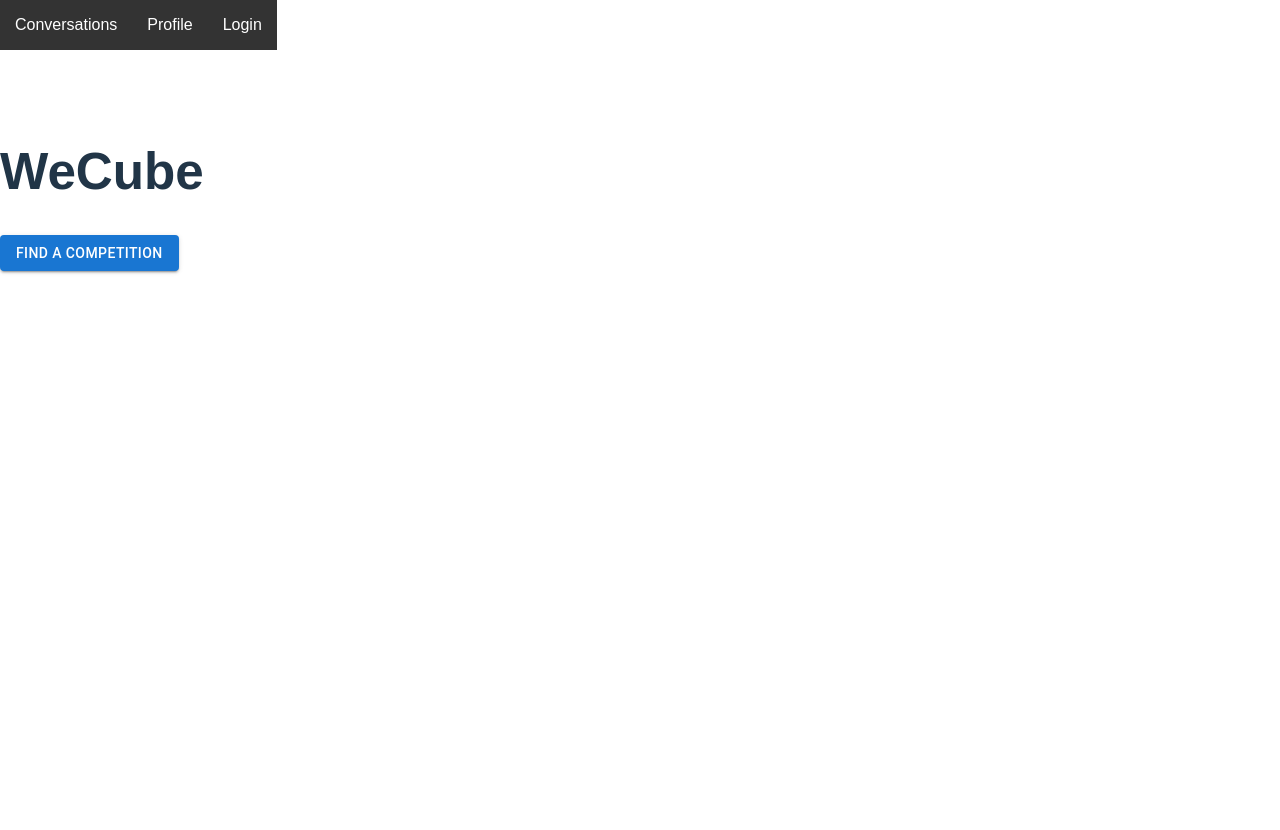
Repository: BWei22/wecube
Page: /
The author's editor kept a copy of each file at every save. The page is drawn from the files as they stood at one save, then again after the next save.
The browser window is 1280 px wide. The pictures show the whole page.
The project was rebuilt for these pictures with package versions that can differ from the ones it lists, and the page was loaded fresh each time. Also part of the build but not shown: vite.config.js, src/pages/Competitions.css, src/pages/Competitions.jsx, src/pages/Listings.css, src/pages/Listings.jsx, src/pages/CreateListing.jsx, src/pages/ListingDetails.css, src/pages/ListingDetails.jsx and 11 more.

Above is the page before, as saved 2024-07-29 23:14:32.

After the next save:
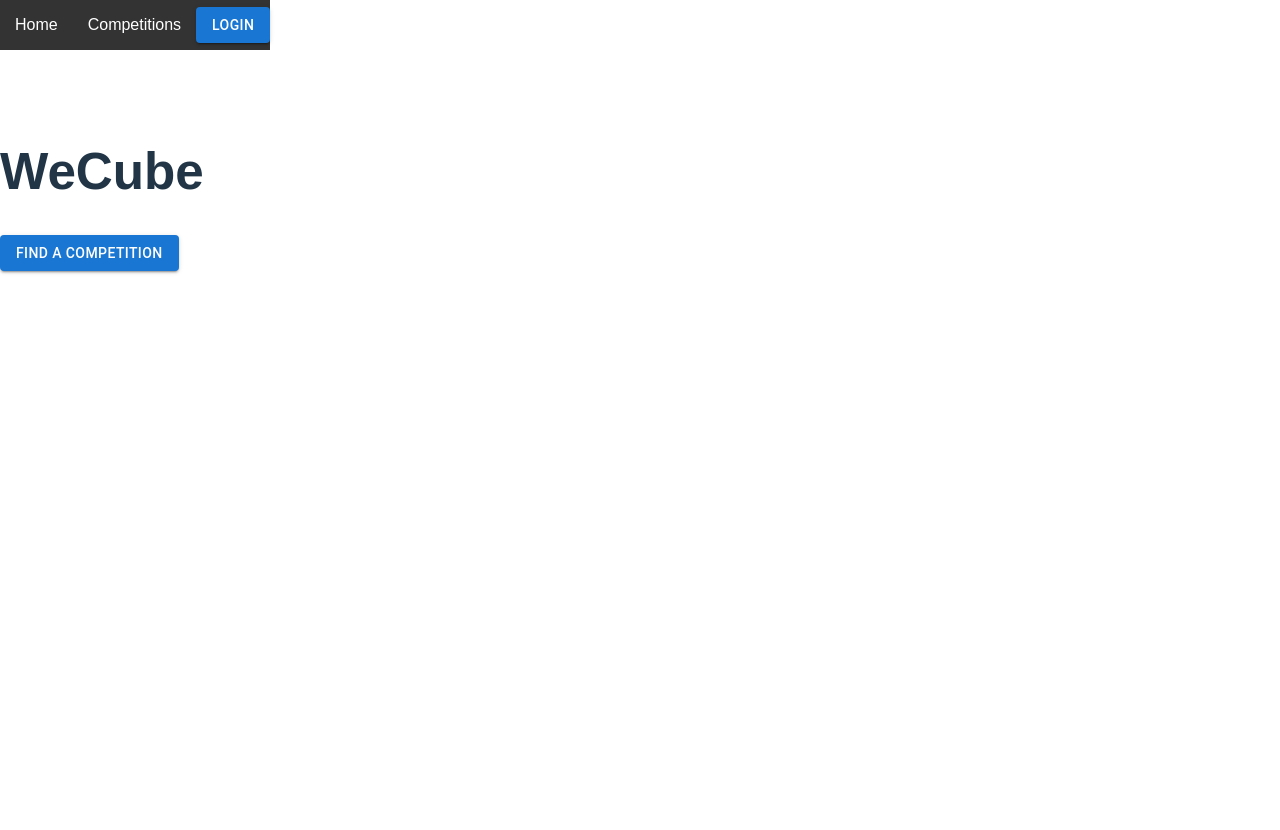
Saved 89 s later.
--- a/src/components/NavBar.jsx
+++ b/src/components/NavBar.jsx
@@ -1,42 +1,36 @@
-import React, { useEffect, useState } from 'react';
-import { Link } from 'react-router-dom';
-import { db, auth } from '../firebaseConfig';
-import { collection, query, where, onSnapshot } from 'firebase/firestore';
-import './Navbar.css';
+import React from 'react';
+import { Link, useNavigate } from 'react-router-dom';
+import { useAuth } from '../hooks/useAuth';
+import Button from '@mui/material/Button';
+import './NavBar.css';
 
-const Navbar = () => {
-  const [newMessageCount, setNewMessageCount] = useState(0);
+const NavBar = () => {
+  const auth = useAuth();
+  const navigate = useNavigate();
 
-  useEffect(() => {
-    if (!auth.currentUser) {
-      return;
-    }
-
-    const q = query(
-      collection(db, 'messages'),
-      where('recipientId', '==', auth.currentUser.uid),
-      where('isRead', '==', false)
-    );
-
-    const unsubscribe = onSnapshot(q, (querySnapshot) => {
-      setNewMessageCount(querySnapshot.size);
-    });
-
-    return () => {
-      unsubscribe();
-    };
-  }, []);
+  const handleLogout = () => {
+    auth.signout(() => navigate('/'));
+  };
 
   return (
-    <nav className="navbar">
-      <Link to="/conversations">
-        Conversations
-        {newMessageCount > 0 && <span className="notification-badge">{newMessageCount}</span>}
-      </Link>
-      <Link to="/profile">Profile</Link>
-      <Link to="/login">Login</Link>
-    </nav>
+    <div className="navbar">
+      <div className="navbar-left">
+        <Link to="/">Home</Link>
+        <Link to="/competitions">Competitions</Link>
+      </div>
+      <div className="navbar-right">
+        {auth.user ? (
+          <>
+            <Link to="/conversations">Conversations</Link>
+            <Link to="/profile">Profile</Link>
+            <Button onClick={handleLogout} variant="contained" color="secondary">Logout</Button>
+          </>
+        ) : (
+          <Button onClick={() => navigate('/auth')} variant="contained" color="primary">Login</Button>
+        )}
+      </div>
+    </div>
   );
 };
 
-export default Navbar;
+export default NavBar;

After the 2 saves that followed:
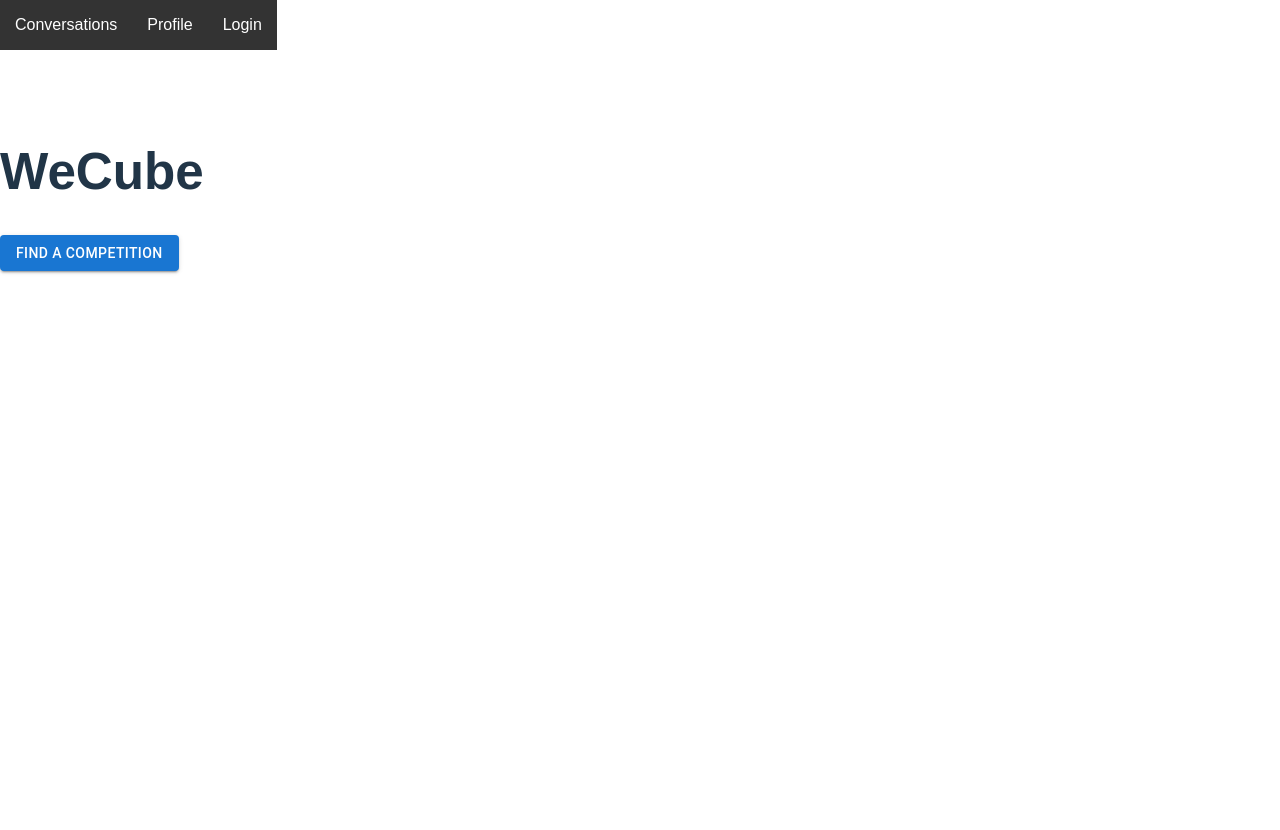
The 2 saves are shown as one change because 1 left the picture as it was.
The last was saved 28 s later.
--- a/src/components/NavBar.jsx
+++ b/src/components/NavBar.jsx
@@ -1,36 +1,42 @@
-import React from 'react';
-import { Link, useNavigate } from 'react-router-dom';
-import { useAuth } from '../hooks/useAuth';
-import Button from '@mui/material/Button';
-import './NavBar.css';
+import React, { useEffect, useState } from 'react';
+import { Link } from 'react-router-dom';
+import { db, auth } from '../firebaseConfig';
+import { collection, query, where, onSnapshot } from 'firebase/firestore';
+import './Navbar.css';
 
-const NavBar = () => {
-  const auth = useAuth();
-  const navigate = useNavigate();
+const Navbar = () => {
+  const [newMessageCount, setNewMessageCount] = useState(0);
 
-  const handleLogout = () => {
-    auth.signout(() => navigate('/'));
-  };
+  useEffect(() => {
+    if (!auth.currentUser) {
+      return;
+    }
+
+    const q = query(
+      collection(db, 'messages'),
+      where('recipientId', '==', auth.currentUser.uid),
+      where('isRead', '==', false)
+    );
+
+    const unsubscribe = onSnapshot(q, (querySnapshot) => {
+      setNewMessageCount(querySnapshot.size);
+    });
+
+    return () => {
+      unsubscribe();
+    };
+  }, []);
 
   return (
-    <div className="navbar">
-      <div className="navbar-left">
-        <Link to="/">Home</Link>
-        <Link to="/competitions">Competitions</Link>
-      </div>
-      <div className="navbar-right">
-        {auth.user ? (
-          <>
-            <Link to="/conversations">Conversations</Link>
-            <Link to="/profile">Profile</Link>
-            <Button onClick={handleLogout} variant="contained" color="secondary">Logout</Button>
-          </>
-        ) : (
-          <Button onClick={() => navigate('/auth')} variant="contained" color="primary">Login</Button>
-        )}
-      </div>
-    </div>
+    <nav className="navbar">
+      <Link to="/conversations">
+        Conversations
+        {newMessageCount > 0 && <span className="notification-badge">{newMessageCount}</span>}
+      </Link>
+      <Link to="/profile">Profile</Link>
+      <Link to="/login">Login</Link>
+    </nav>
   );
 };
 
-export default NavBar;
+export default Navbar;
